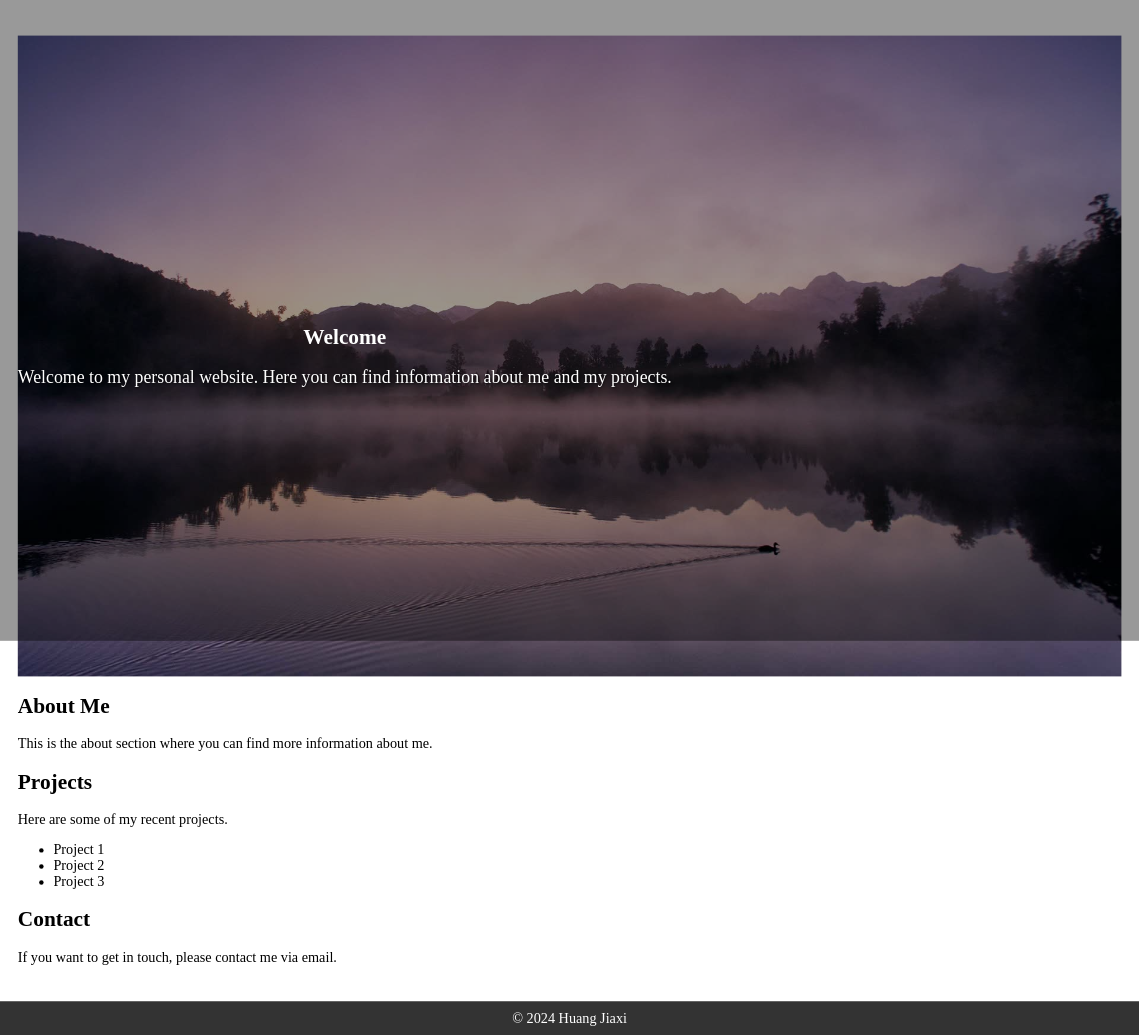
Repository: cydxf/cydxf.github.io
Page: index.html
An editor plug-in stored every save of this project. The page is shown before and after the next save, followed by the edit.
The browser window is 1280 px wide. The pictures show the whole page, at 89% of full size.

Above is the page before, as saved 2024-08-02 01:44:35.

After the next save:
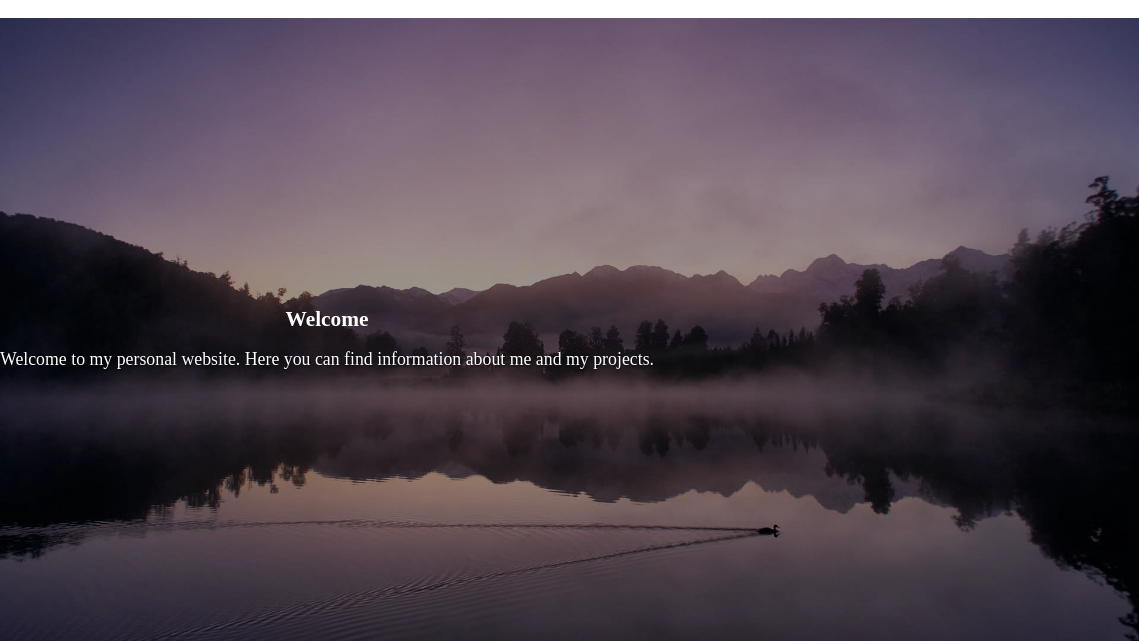
Saved 5 s later.
--- a/css/styles.css
+++ b/css/styles.css
@@ -6,7 +6,7 @@ body, html {
 }
 
 .hero {
-    position:static;
+    position:fixed;
     width: 100%;
     height: 100vh; /* Viewport height */
     left: 0;
